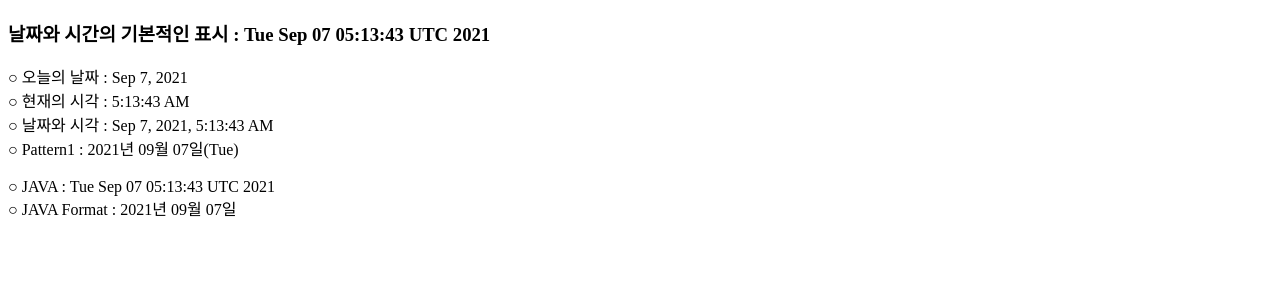
Repository: youngmoon525/Jsp_Servlet
Page: http://localhost/03.JSP/jsp38.jsp
These files come from the project's save history. The page is drawn as it stood at one moment and after the next save; the edit follows.
The browser window is 1280 px wide. The pictures show the whole page.
The page is served by Tomcat 9.

Above is the page before, as saved 2021-09-09 03:41:02.

After the next save:
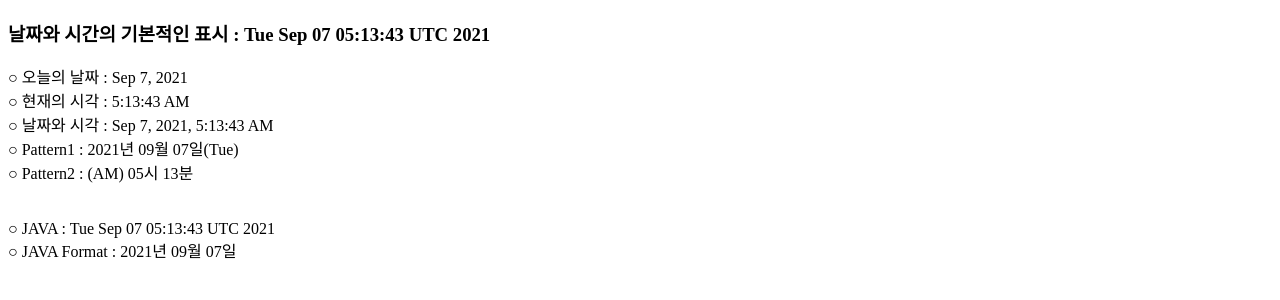
Saved 76 s later.
--- a/workspace/03.JSP/WebContent/jsp38.jsp
+++ b/workspace/03.JSP/WebContent/jsp38.jsp
@@ -15,7 +15,8 @@
 ○ 오늘의 날짜 : <fmt:formatDate value="${date}" type="date"/><br/>
 ○ 현재의 시각 : <fmt:formatDate value="${date}" type="time"/><br/>
 ○ 날짜와 시각 : <fmt:formatDate value="${date}" type="both"/><br/>
-○ Pattern1 : <fmt:formatDate value="${date}" pattern="yyyy년 MM월 dd일(E)"/>
+○ Pattern1 : <fmt:formatDate value="${date}" pattern="yyyy년 MM월 dd일(E)"/><br/>
+○ Pattern2 : <fmt:formatDate value="${date}" pattern="(a) hh시 mm분"/><br/>
 
 <br/><br/>
 <%
